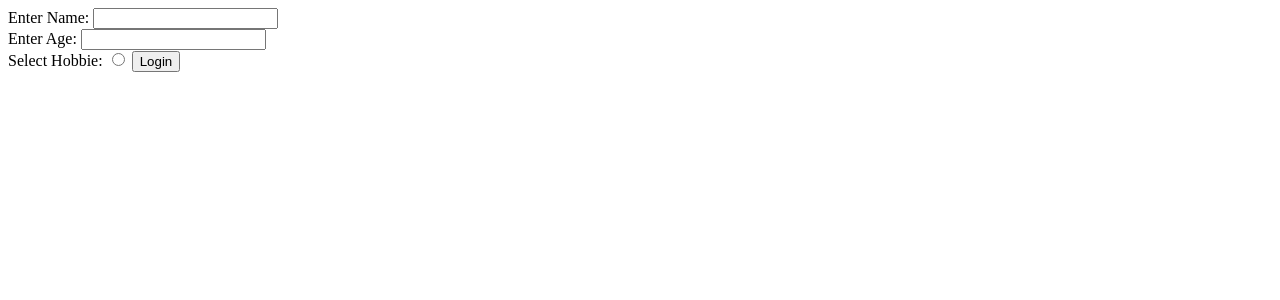
Repository: RevatureSteve/Java
Page: http://localhost/JSTLExample/Login.jsp
An editor plug-in stored every save of this project. The page is shown before and after the next save, followed by the edit.
The browser window is 1280 px wide. The pictures show the whole page.
The page is served by Tomcat 9.

Above is the page before, as saved 2016-08-31 20:38:22.

After the next save:
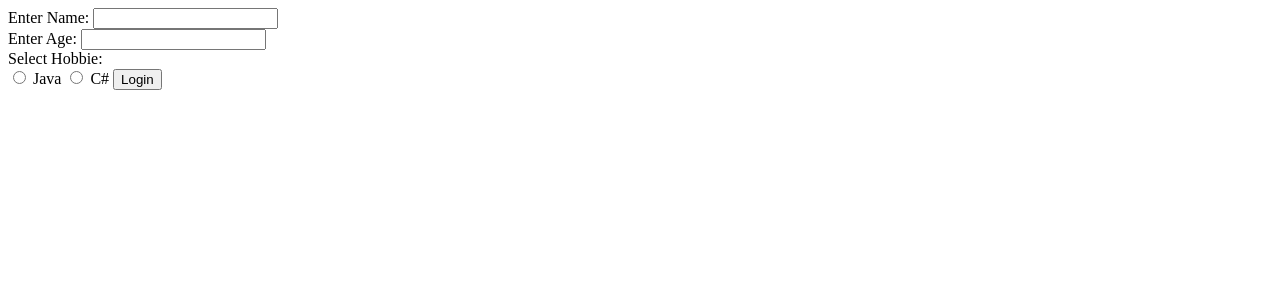
Saved 56 s later.
--- a/Week_3_JSPs_and_Servlet/JSTLExample/WebContent/Login.jsp
+++ b/Week_3_JSPs_and_Servlet/JSTLExample/WebContent/Login.jsp
@@ -13,7 +13,9 @@
 	<br />
 	Enter Age: <input type="number" name="age" />
 	<br />
-	Select Hobbie: <input type="radio" name="hobby" />
+	Select Hobbie: <br />
+	<input type="radio" name="hobby" value="Java" /> Java
+	<input type="radio" name="hobby" value="C#" /> C#
 	<input type="submit" value="Login">
 </form>
 </body>
